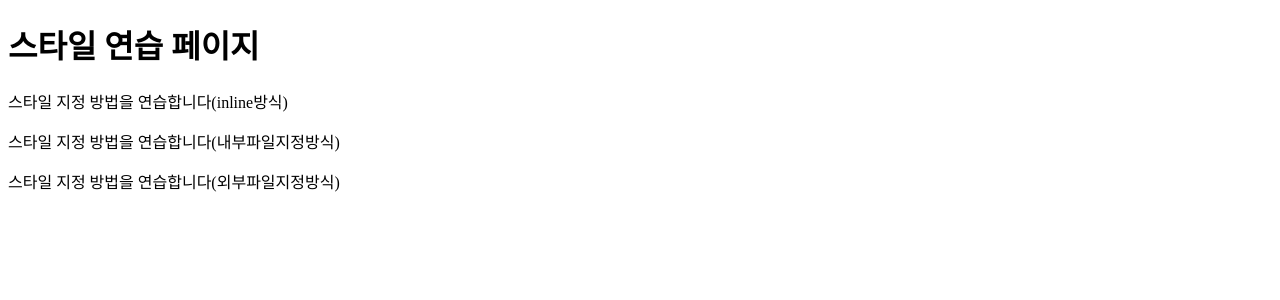
Repository: Kray273/JSLab
Page: css/src/main/webapp/Day97/start.html
These files come from the project's save history. The page is drawn as it stood at one moment and after the next save; the edit follows.
The browser window is 1280 px wide. The pictures show the whole page.

Above is the page before, as saved 2022-11-25 02:18:06.

### css/src/main/webapp/Day97/start.html
<!DOCTYPE html>
<html>
<head>
<meta charset="UTF-8">
<title>CSS</title>
</head>
<body>
<h1> 스타일 연습 페이지</h1>
<p> 스타일 지정 방법을 연습합니다(inline방식)</p>
<p> 스타일 지정 방법을 연습합니다(내부파일지정방식)</p>
<p> 스타일 지정 방법을 연습합니다(외부파일지정방식)</p>
</body>
</html>

After the next save:
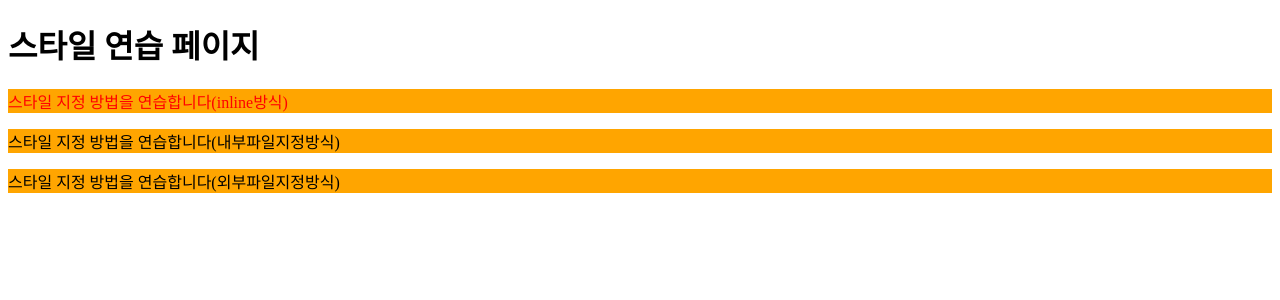
Saved 4 min 59 s later.
--- a/css/src/main/webapp/Day97/start.html
+++ b/css/src/main/webapp/Day97/start.html
@@ -3,10 +3,17 @@
 <head>
 <meta charset="UTF-8">
 <title>CSS</title>
+<style type="text/css">
+	/* css문법 */
+	/* 선택자 {파라미터:값} */
+	p {background-color: orange; }
+
+</style>
+
 </head>
 <body>
 <h1> 스타일 연습 페이지</h1>
-<p> 스타일 지정 방법을 연습합니다(inline방식)</p>
+<p style="color: red;"> 스타일 지정 방법을 연습합니다(inline방식)</p>
 <p> 스타일 지정 방법을 연습합니다(내부파일지정방식)</p>
 <p> 스타일 지정 방법을 연습합니다(외부파일지정방식)</p>
 </body>
